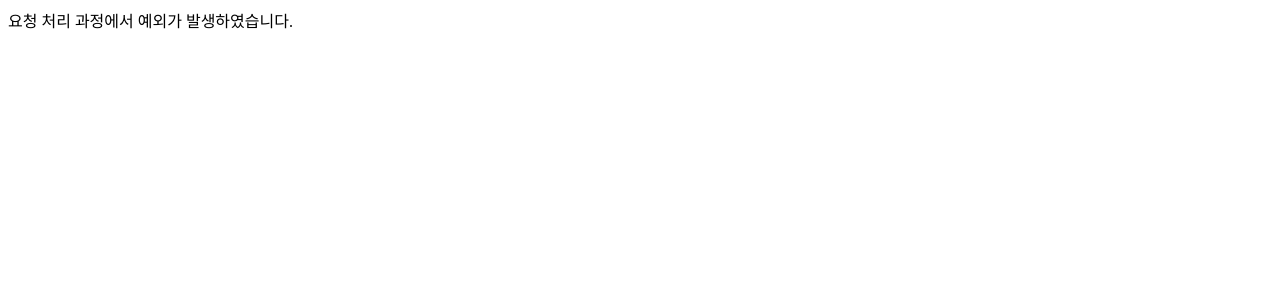
Repository: sgnq008-tech/JSP
Page: http://localhost/WebProject/error/error.jsp
These files come from the project's save history. The page is drawn as it stood at one moment and after the next save; the edit follows.
The browser window is 1280 px wide. The pictures show the whole page.
The page is served by Tomcat 9. Other server files are loaded and not shown.

Above is the page before, as saved 2026-09-10 03:54:03.

### jsp_workspace/WebProject/src/main/webapp/error/error.jsp
<%@ page language="java" contentType="text/html; charset=UTF-8"
    pageEncoding="UTF-8"%>
<%@ page isErrorPage="true" %>
<% response.setStatus(HttpServletResponse.SC_OK); %><!--  응답처리 -->
<!DOCTYPE html>
<html>
<head>
<meta charset="UTF-8">
<title>예외 발생!</title>
</head>
<body>
요청 처리 과정에서 예외가 발생하였습니다.
</body>
</html>

After the next save:
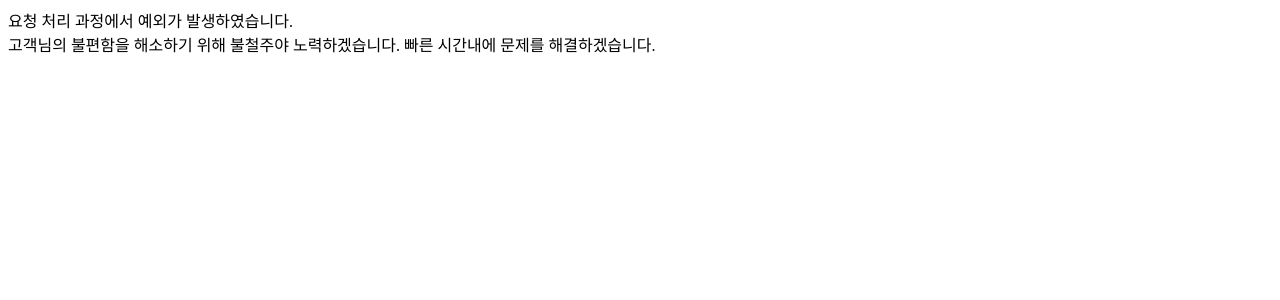
Saved 56 s later.
--- a/jsp_workspace/WebProject/src/main/webapp/error/error.jsp
+++ b/jsp_workspace/WebProject/src/main/webapp/error/error.jsp
@@ -9,6 +9,8 @@
 <title>예외 발생!</title>
 </head>
 <body>
-요청 처리 과정에서 예외가 발생하였습니다.
+요청 처리 과정에서 예외가 발생하였습니다.<br>
+고객님의 불편함을 해소하기 위해 불철주야 노력하겠습니다.
+빠른 시간내에 문제를 해결하겠습니다.
 </body>
 </html>
